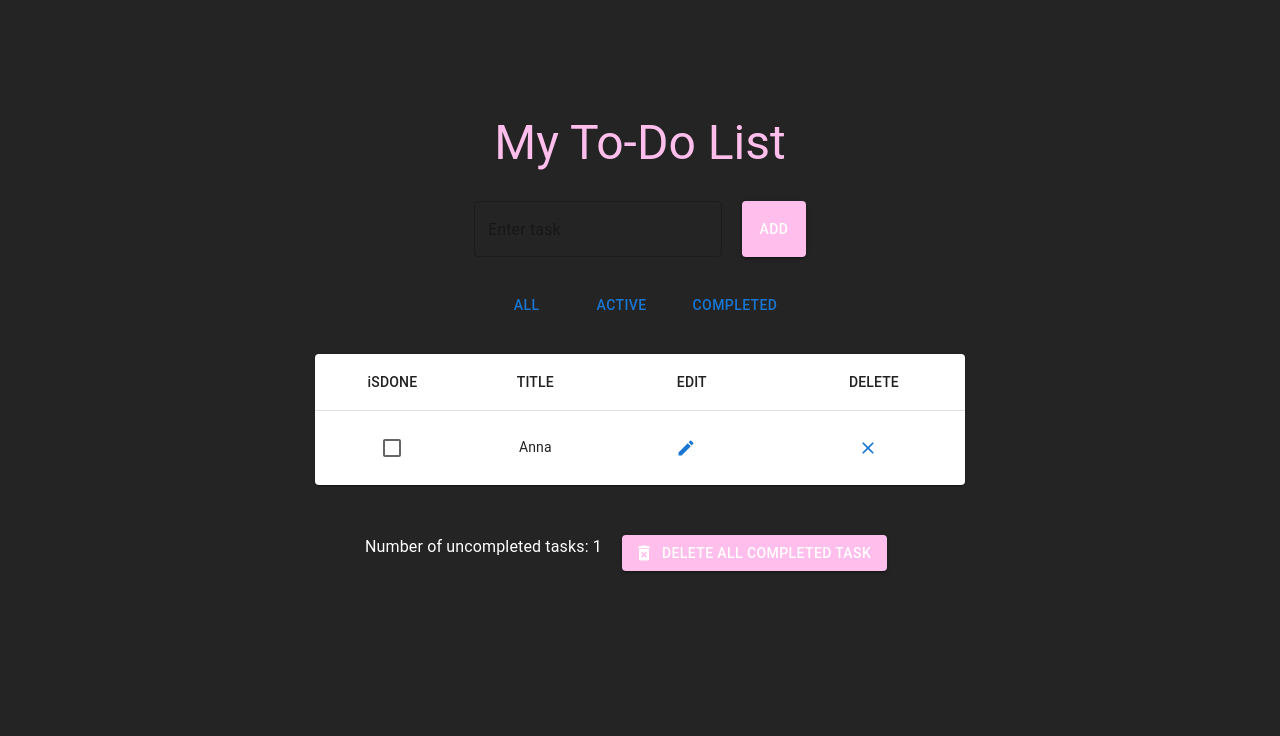
Repository: savannaaaas/ToDo_List
Page: /
The author's editor kept a copy of each file at every save. The page is drawn from the files as they stood at one save, then again after the next save.
The browser window is 1280 px wide. The pictures show the whole page.
The project was rebuilt for these pictures with package versions that can differ from the ones it lists, and the page was loaded fresh each time. Also part of the build but not shown: vite.config.js.

Above is the page before, as saved 2025-08-10 20:05:18.

### src/main.jsx
import { StrictMode } from "react";
import { createRoot } from "react-dom/client";
import { TaskProvider } from "./provider/TaskProvider.jsx";
import App from "./App.jsx";
import "./index.css";

createRoot(document.getElementById("root")).render(
  <StrictMode>
    <TaskProvider>
      <App />
    </TaskProvider>
  </StrictMode>
);

### src/provider/TaskProvider.jsx
import { TaskContext } from "../context/TaskContext";
import { useState, useEffect } from "react";
export const TaskProvider = ({ children }) => {
  const [tasks, setTasks] = useState(() => {
    const saved = localStorage.getItem("tasks");
    return saved
      ? JSON.parse(saved)
      : [{ id: 1, title: "Anna", isDone: false }];
  });
  useEffect(() => {
    localStorage.setItem("tasks", JSON.stringify(tasks));
  }, [tasks]);
  return (
    <TaskContext.Provider value={{ tasks, setTasks }}>
      {children}
    </TaskContext.Provider>
  );
};

### src/App.jsx
import { Header } from "./components/Header";
import { AddTask } from "./components/AddTask";
import { ShowTasks } from "./components/ShowTasks";
import { FilterTask } from "./components/FiterTasks";
import "./index.css";

function App() {
  return (
    <div className="toDo-list">
      <Header />
      <AddTask />
      <FilterTask />
      <ShowTasks />
    </div>
  );
}

export default App;

### src/index.css
:root {
  font-family: system-ui, Avenir, Helvetica, Arial, sans-serif;
  line-height: 1.5;
  font-weight: 400;
  background-color: #242424;
}


.toDo-list{
  display: flex;
  flex-direction: column;
  justify-content: center;
  align-items: center;
  min-height: 100vh;
  width: 100%;
  margin: 0 auto;
  box-sizing: border-box;
  gap: 30px;
}
.form{
  display: flex;
  flex-direction: row;
  gap: 20px;
}

### src/context/TaskContext.jsx
import { createContext } from "react";
export const TaskContext = createContext();

### src/components/Header.jsx
import { Typography } from "@mui/material";
export const Header = () => {
  return (
    <Typography variant="h3" sx={{ color: "#ffbeec" }}>
      My To-Do List
    </Typography>
  );
};

### src/components/AddTask.jsx
import { Controller } from "react-hook-form";
import { useForm } from "react-hook-form";
import { schema } from "../schema/shema";
import { yupResolver } from "@hookform/resolvers/yup";
import { Button, TextField } from "@mui/material";
import { useContext, useEffect } from "react";
import { TaskContext } from "../context/TaskContext";

export const AddTask = () => {
  const { tasks, setTasks } = useContext(TaskContext);
  const {
    control,
    handleSubmit,
    formState: { errors },
    reset,
  } = useForm({
    defaultValues: {
      title: "",
    },
    resolver: yupResolver(schema),
    mode: "onTouched",
  });
  const handleInputSubmit = (data) => {
    console.log(data);
    const task = {
      id: crypto.randomUUID(),
      title: data.title,
      isDone: data.isDone,
    };
    const updateTask = [...tasks, task];
    setTasks(updateTask);
    localStorage.setItem("tasks", JSON.stringify(updateTask));
    reset();
  };
  return (
    <form onSubmit={handleSubmit(handleInputSubmit)} className="form">
      <Controller
        name="title"
        control={control}
        defaultValue=""
        render={({ field }) => {
          return (
            <TextField
              {...field}
              placeholder="Enter task"
              helperText={errors.title?.message}
              error={!!errors.title}
              sx={{ color: "#ffbeec" }}
              color="secondary"
            />
          );
        }}
      />
      <Button
        variant="contained"
        sx={{ backgroundColor: "#ffbeec" }}
        type="submit"
      >
        Add
      </Button>
    </form>
  );
};

### src/components/ShowTasks.jsx
import { useContext, useState } from "react";
import { TaskContext } from "../context/TaskContext";
import { Task } from "./Task";
import Table from "@mui/material/Table";
import TableBody from "@mui/material/TableBody";
import TableCell from "@mui/material/TableCell";
import TableContainer from "@mui/material/TableContainer";
import TableHead from "@mui/material/TableHead";
import TableRow from "@mui/material/TableRow";
import Paper from "@mui/material/Paper";
import { Button, Checkbox, Typography } from "@mui/material";
import DeleteForeverIcon from "@mui/icons-material/DeleteForever";

export const ShowTasks = () => {
  const { tasks, setTasks } = useContext(TaskContext);
  const handleDeleteAllTask = () => {
    setTasks((prevTask) => prevTask.filter((task) => !task.isDone));
  };
  const uncompletedTask = tasks.filter((task) => !task.isDone).length;
  return (
    <div>
      {" "}
      <TableContainer component={Paper}>
        <Table sx={{ minWidth: 650 }} aria-label="simple table">
          <TableHead>
            <TableRow>
              <TableCell align="center">iSDONE</TableCell>
              <TableCell align="center">TITLE</TableCell>
              <TableCell align="center">EDIT</TableCell>
              <TableCell align="center">DELETE</TableCell>
            </TableRow>
          </TableHead>
          <TableBody>
            {tasks.map((task) => {
              return <Task task={task} key={task.id} />;
            })}
          </TableBody>
        </Table>
      </TableContainer>
      <div
        style={{
          display: "flex",
          flexDirection: "row",
          gap: "20px",
          margin: "50px",
        }}
      >
        <Typography sx={{ color: "white" }}>
          Number of uncompleted tasks: {uncompletedTask}
        </Typography>
        <Button
          variant="contained"
          startIcon={<DeleteForeverIcon />}
          sx={{ backgroundColor: "#ffbeec" }}
          onClick={handleDeleteAllTask}
        >
          Delete All completed task
        </Button>
      </div>
    </div>
  );
};

### src/components/FiterTasks.jsx
import { Button } from "@mui/material";

export const FilterTask = () => {
  return (
    <div style={{ display: "flex", flexDirection: "row", gap: "30px" }}>
      <Button>All</Button>
      <Button>Active</Button>
      <Button>Completed</Button>
    </div>
  );
};

### src/schema/shema.js
import * as yup from "yup";
export const schema = yup.object().shape({
  title: yup
    .string()
    .trim()
    .min(1, "The task must be more than 1 character long.")
    .required("This field is required")
    .test((value) => /^\S+$/.test(value)),
});

### src/components/Task.jsx
import { useState } from "react";
import { Checkbox } from "@mui/material";
import TableCell from "@mui/material/TableCell";
import TableRow from "@mui/material/TableRow";
import { useContext } from "react";
import { TaskContext } from "../context/TaskContext";
import ClearIcon from "@mui/icons-material/Clear";
import { Button, Input } from "@mui/material";
import ModeIcon from "@mui/icons-material/Mode";
import SaveAltIcon from "@mui/icons-material/SaveAlt";

export const Task = ({ task }) => {
  const { tasks, setTasks } = useContext(TaskContext);
  const [editTask, setEditTask] = useState(false);
  const [editTitleTask, setEditTitleTask] = useState(task.title);

  const handleChangeChecked = (id) => {
    setTasks((prevTask) =>
      prevTask.map((task) =>
        task.id === id ? { ...task, isDone: !task.isDone } : task
      )
    );
  };
  const handleDeleteTask = (id) => {
    setTasks((prevTask) => prevTask.filter((task) => task.id !== id));
  };
  const handleNewTitleTask = (id, newTitle) => {
    setTasks((prevTask) =>
      prevTask.map((task) =>
        task.id === id ? { ...task, title: newTitle } : task
      )
    );
  };

  const handleEditTask = (id) => {
    if (task.id === id) {
      setEditTask(!editTask);
    }
    if (editTask) {
      handleNewTitleTask(task.id, editTitleTask);
    }
  };

  return (
    <TableRow
      key={task.id}
      sx={{ "&:last-child td, &:last-child th": { border: 0 } }}
    >
      <TableCell align="center">
        <Checkbox
          checked={task.isDone ?? false}
          onChange={() => handleChangeChecked(task.id)}
        />
      </TableCell>
      <TableCell
        align="center"
        sx={{ textDecoration: task.isDone ? "line-through" : "none" }}
      >
        {editTask ? (
          <Input
            value={editTitleTask}
            onChange={(e) => setEditTitleTask(e.target.value)}
            // onKeyDown={handleEditTitleTask}
          />
        ) : (
          task.title
        )}
      </TableCell>
      <TableCell align="center">
        <Button
          startIcon={editTask ? <SaveAltIcon /> : <ModeIcon />}
          onClick={() => handleEditTask(task.id)}
        />
      </TableCell>
      <TableCell align="center">
        <Button
          startIcon={<ClearIcon />}
          onClick={() => handleDeleteTask(task.id)}
        />
      </TableCell>
    </TableRow>
  );
};

Loaded but not shown: index.html (common file)

After the next save:
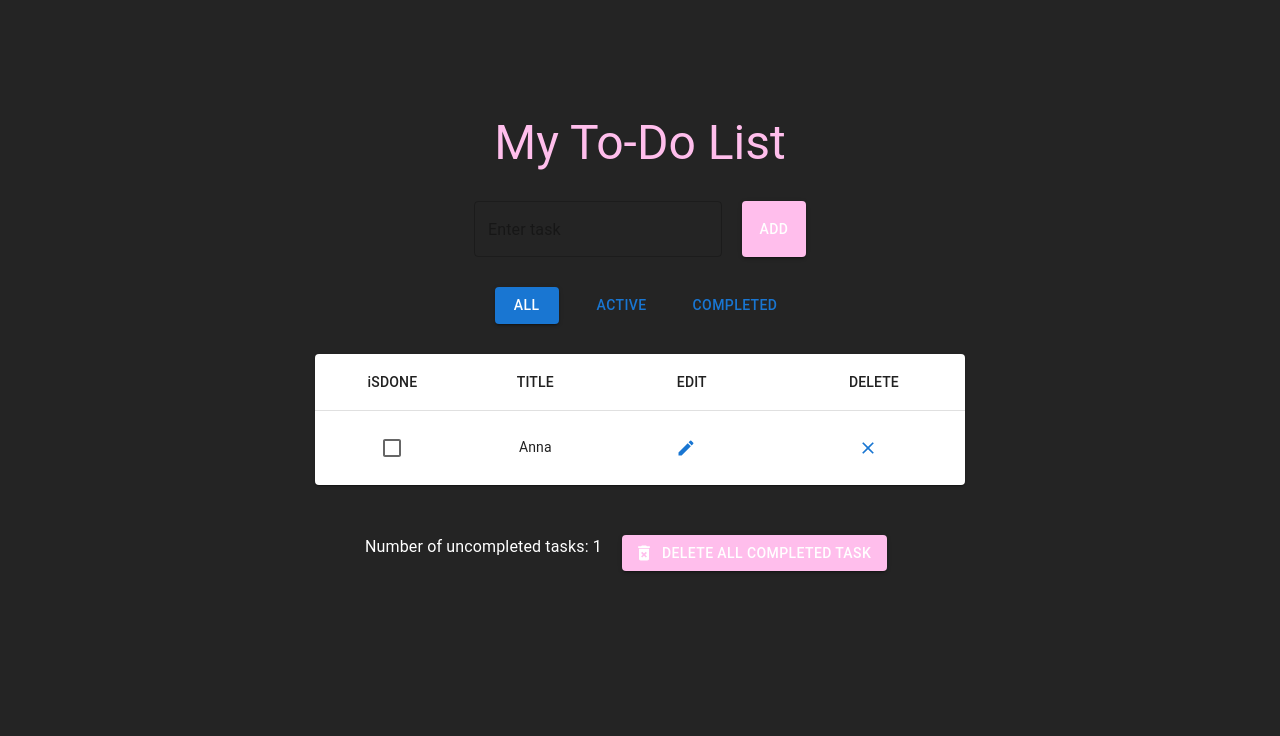
Saved 33 s later.
--- a/src/components/FiterTasks.jsx
+++ b/src/components/FiterTasks.jsx
@@ -3,7 +3,7 @@ import { Button } from "@mui/material";
 export const FilterTask = () => {
   return (
     <div style={{ display: "flex", flexDirection: "row", gap: "30px" }}>
-      <Button>All</Button>
+      <Button variant="contained">All</Button>
       <Button>Active</Button>
       <Button>Completed</Button>
     </div>
